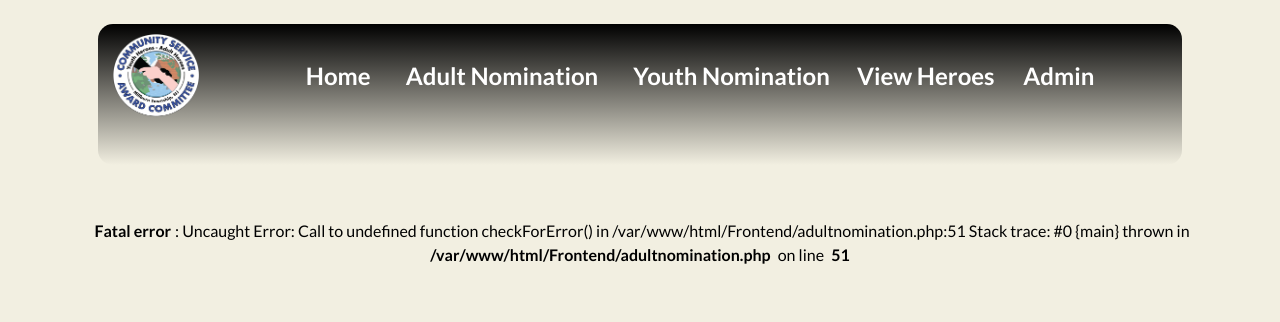
Repository: Centrattic/CSAC
Page: http://localhost/Frontend/adultnomination.php
These files come from the project's save history. The page is drawn as it stood at one moment and after the next save; the edit follows.
The browser window is 1280 px wide. The pictures show the whole page.
The page is run by PHP 8.4 with error messages shown; the project is at /var/www/html/. Queries for data that is not in the repository find no rows.

Above is the page before, as saved 2020-12-22 18:11:54.

After the next save:
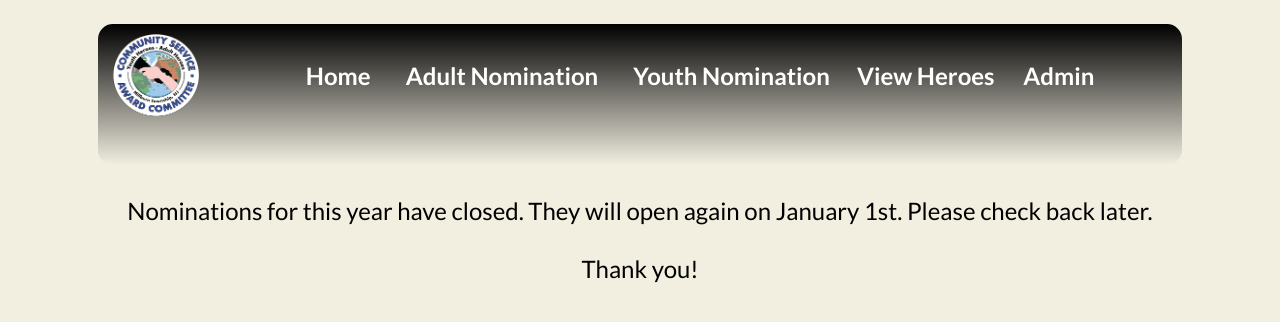
Saved 4 s later.
--- a/Frontend/adultnomination.php
+++ b/Frontend/adultnomination.php
@@ -48,7 +48,6 @@ session_start();
 
     <?php
         navbar();
-        checkForError();
 
         $connection = connectToDB();
         list ($formStatus, $comments, $time) = readFormStatus($connection);
